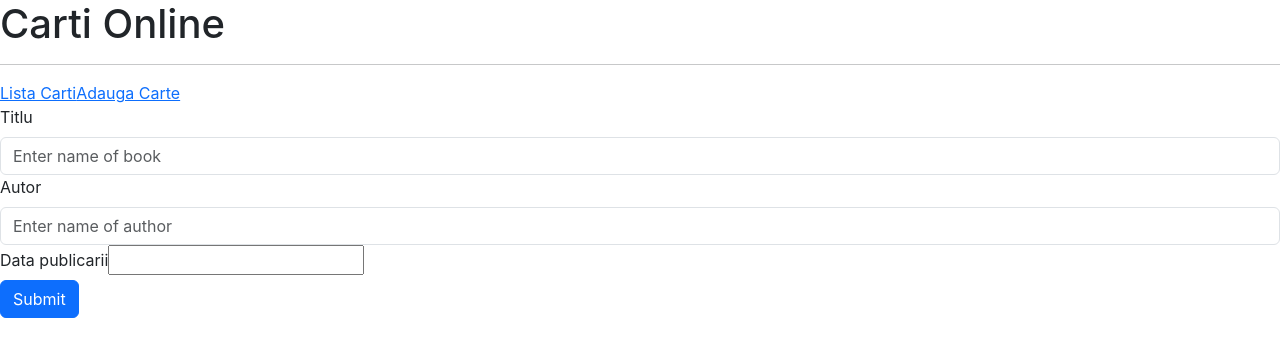
Repository: phob0/react-test
Page: /add
An editor plug-in stored every save of this project. The page is shown before and after the next save, followed by the edit.
The browser window is 1280 px wide. The pictures show the whole page.
The project was rebuilt for these pictures with package versions that can differ from the ones it lists, and the page was loaded fresh each time. Also part of the build but not shown: src/components/EditBook.js, src/components/Book.js, src/components/BooksList.js.

Above is the page before, as saved 2024-02-17 15:46:44.

After the next save:
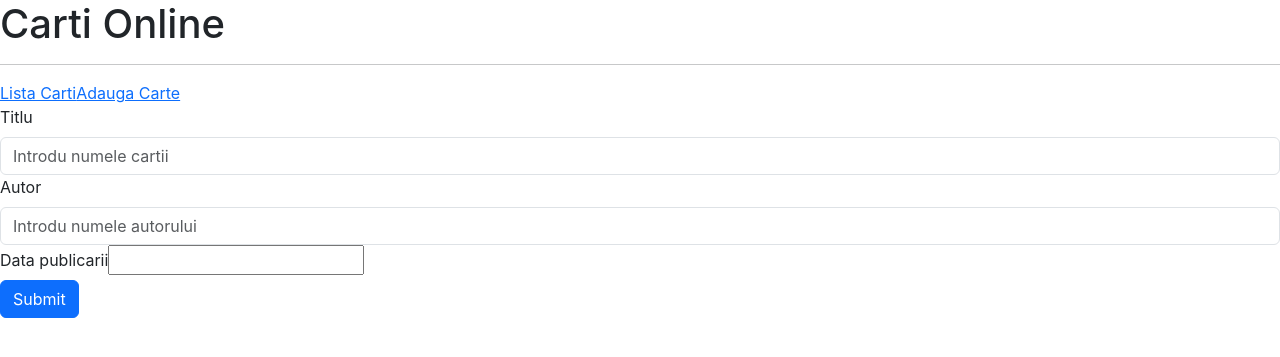
Saved 29 s later.
--- a/src/components/BookForm.js
+++ b/src/components/BookForm.js
@@ -77,7 +77,7 @@ const BookForm = (props) => {
             type="text"
             name="bookname"
             value={bookname}
-            placeholder="Enter name of book"
+            placeholder="Introdu numele cartii"
             onChange={handleInputChange}
           />
         </Form.Group>
@@ -88,7 +88,7 @@ const BookForm = (props) => {
             type="text"
             name="author"
             value={author}
-            placeholder="Enter name of author"
+            placeholder="Introdu numele autorului"
             onChange={handleInputChange}
           />
         </Form.Group>
